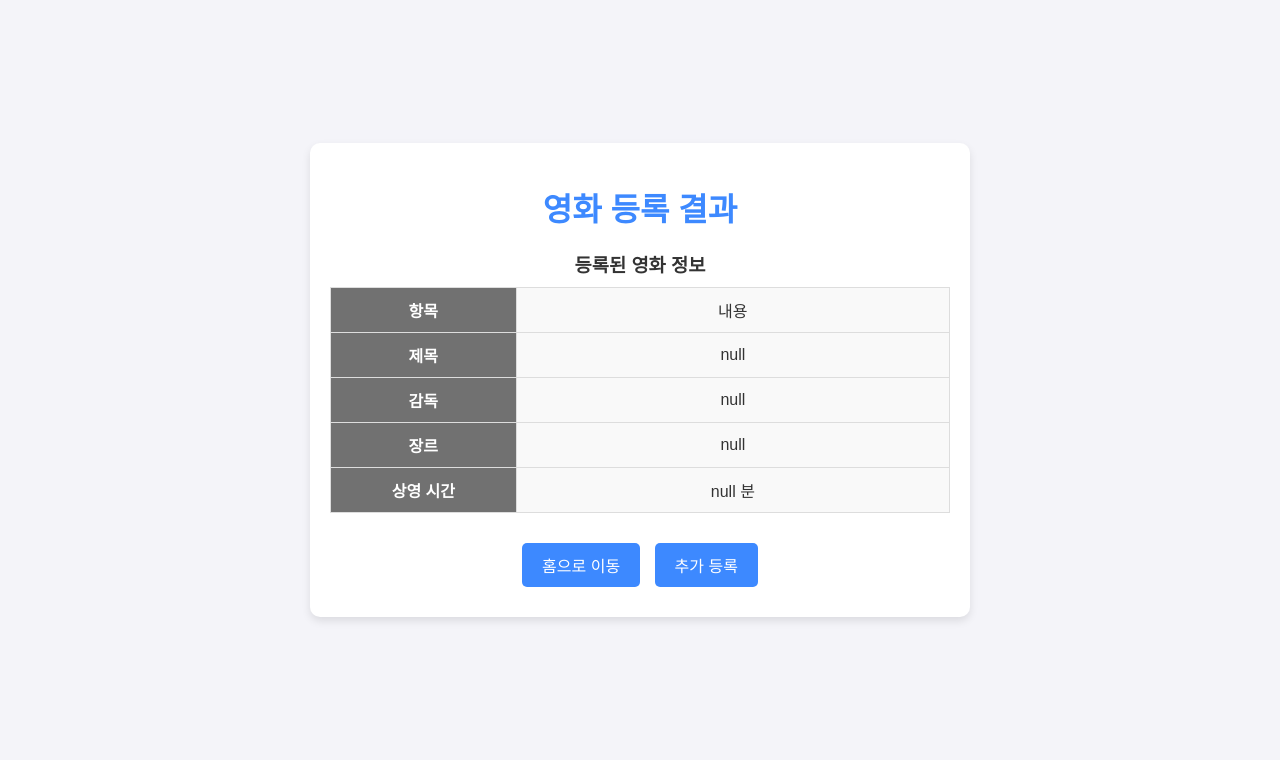
Repository: s00ngle/SSAFY-BE
Page: http://localhost/back_db_ws_01_2/regist_result.jsp
The author's editor kept a copy of each file at every save. The page is drawn from the files as they stood at one save, then again after the next save.
The browser window is 1280 px wide. The pictures show the whole page.
The page is served by Tomcat 10. The template is opened directly, without the code that normally fills it, so the values that code supplies are empty.

Above is the page before, as saved 2024-09-24 04:37:37.

After the next save:
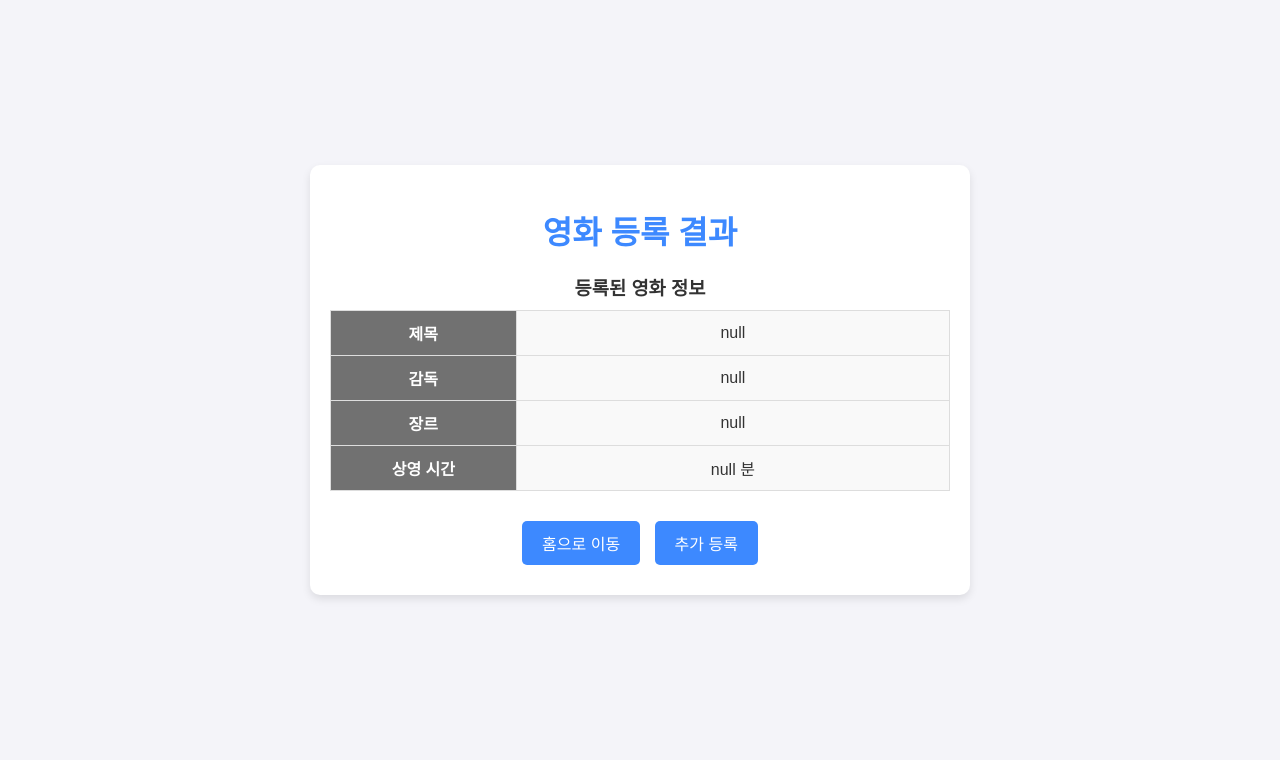
Saved 13 s later.
--- a/back_db_ws_01_2/src/main/webapp/regist_result.jsp
+++ b/back_db_ws_01_2/src/main/webapp/regist_result.jsp
@@ -87,10 +87,6 @@
         <h3>등록된 영화 정보</h3>
         <table>
             <tr>
-                <th>항목</th>
-                <td>내용</td>
-            </tr>
-            <tr>
                 <th>제목</th>
                 <td><%= request.getAttribute("title") %></td>
             </tr>
